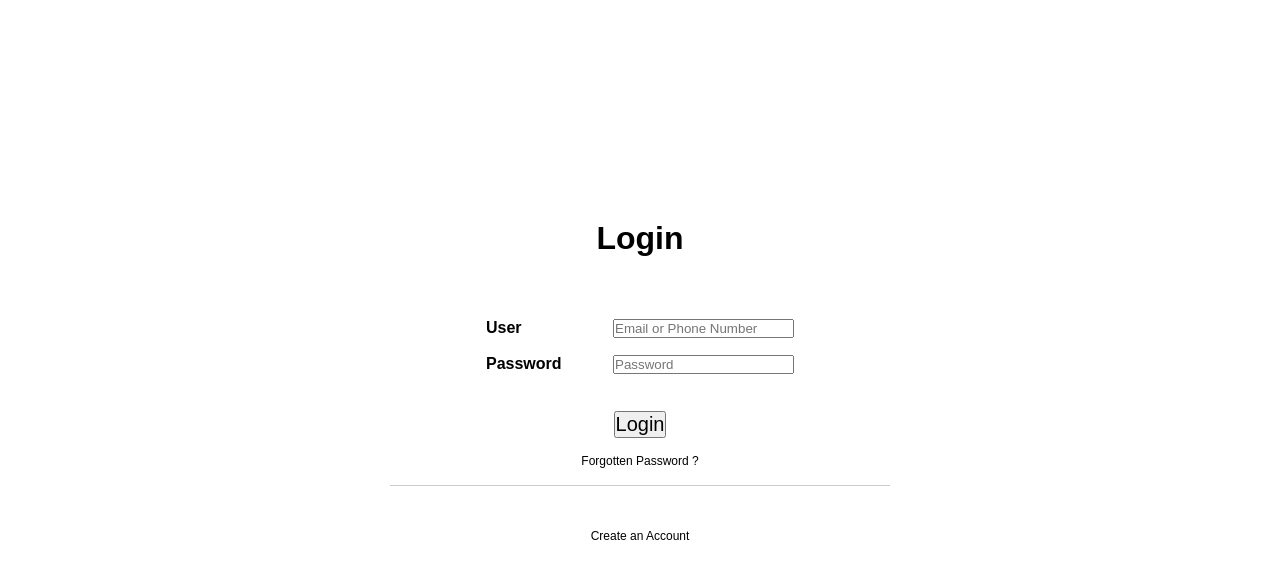
Repository: Naohonproject/web101x02_asm1
Page: login.html
The author's editor kept a copy of each file at every save. The page is drawn from the files as they stood at one save, then again after the next save.
The browser window is 1280 px wide. The pictures show the whole page.

Above is the page before, as saved 2022-01-15 23:59:02.

### login.html
<!-- @format -->

<!DOCTYPE html>
<html lang="en">
	<head>
		<meta charset="UTF-8" />
		<meta http-equiv="X-UA-Compatible" content="IE=edge" />
		<meta name="viewport" content="width=device-width, initial-scale=1.0" />

		<link rel="stylesheet" href="./assets/css/style.css" />
		<link rel="stylesheet" href="./assets/css/responsive.css" />
		<title>login</title>
	</head>
	<body>
		<form class="form" id="form-login" action="" method="">
			<div class="form-wrapper">
				<div class="logo">
					<h1>Login</h1>
				</div>
				<div class="input">
					<div class="user-input">
						<label for="user-id"><strong>User</strong></label>
						<input
							type="text"
							id="user-id"
							required
							placeholder="Email or Phone Number"
						/>
					</div>

					<div class="user-input">
						<label for="user-pass"><strong>Password</strong></label>
						<input type="text" id="user-pass" required placeholder="Password" />
					</div>
					<div class="clear"></div>
				</div>
				<div class="btn-block">
					<div class="btn">
						<button type="button">Login</button>
					</div>

					<div class="forgotten">
						<a href="">Forgotten Password ?</a>
					</div>
					<div class="Create-acc">
						<a href="Signup.html" target="_blank">Create an Account</a>
					</div>
				</div>
			</div>
		</form>
	</body>
</html>

### assets/css/style.css
/** @format */

/* common */

/* reset css */
* {
	box-sizing: border-box;
	padding: 0;
	margin: 0;
	text-decoration: none;
	color: #000;
}

/* row style */

/* collumn style */

/* Set text lineweight to Bold */
.bold-text {
	font-weight: 640;
}
.white-text {
	color: #fff !important;
}

.pull-left {
	float: left !important;
}

.pull-right {
	float: right !important;
}

.box-padding {
	padding: 40px 56px 30px;
}

.clear {
	clear: both;
}

/* specific */

html {
	font-family: Arial, Helvetica, sans-serif;
}

body {
	padding: 0 32px;
}
/* start styling header */
#header {
	height: 56px;
	width: 100%;
	background-color: #fff;
	background-clip: border-box;
	color: #000;
	font-size: 16px;
	text-transform: uppercase;
	font-weight: 500;
	position: fixed;
	top: 0;
	left: 0;
	z-index: 1;
	padding: 0 32px;
}

.header-wrapper {
	height: 100%;
	padding: 0 64px;
}

#header li:hover {
	background-color: #282830;
	cursor: pointer;
}
#header li:hover a {
	color: #fff;
}

#header li {
	display: inline-block;
	margin-left: 16px;
	line-height: 56px;
	padding: 0 16px;
}
/* end styling header */

/* start styling banner */
#banner {
	width: 100%;
	margin-top: 56px;
	padding-top: 39.123607%;
	background: url(../img/banner/banner.png) top center / cover no-repeat;
	background-origin: border-box;
	position: relative;
	top: 0;
	left: 0;
}

.banner-text-content {
	position: absolute;
	top: 160px;
	left: 56px;
}

#banner .content-heading,
.content-desc {
	font-family: "Times New Roman", Times, serif;
}

#banner .content-heading {
	font-size: 28px;
}

#banner .content-desc {
	font-size: 24px;
}
/* end styling banner */

/* start styling content */
#content {
	background-color: #e7e7e7;
	width: 100%;
	background-clip: border-box;
}

#content .content-heading h2,
p {
	padding: 4px 0;
}

#content .content-heading {
	margin-bottom: 20px;
}
#content img {
	display: block;
	width: 100%;
}

#content .image-block {
	float: left;
	width: calc(100% / 3);
	padding: 0 16px;
}

#content .content-images-table {
	margin-left: -16px;
	margin-right: -16px;
}

.image-block .first-img {
	margin-bottom: 40px;
}
/* end styling content */

/* start styling footer */
#footer {
	background-color: #ccc;
}

#footer .footer-block {
	float: left;
	max-width: calc(100% / 3);
	padding: 0 16px;
}

#footer .footer-wrapper {
	padding-bottom: 56px;
}

#footer h3,
p,
a {
	padding: 12px 0px;
}

#footer p {
	line-height: 24px;
}
#footer a {
	color: #1dabb8;
}
/* end styling footer */

/* start styling login.html */

.form-wrapper {
	width: 500px;
	margin: 0 auto;
	text-align: center;
	position: relative;
	top: 200px;
}

.form .logo {
	padding: 20px 40px;
	margin-bottom: 16px;
}
.form .input {
	padding: 8px 24px;
	margin-bottom: 24px;
}

.form .user-input {
	padding: 18px 72px;
}

.form .user-input label {
	display: inline-block;
	float: left;
}

.form .user-input input {
	display: inline-block;
	float: right;
}

.btn-block .btn {
	padding: 5px 0;
	margin-bottom: 8px;
}

.btn-block .btn button {
	font-size: 20px;
}

.btn-block a {
	font-size: 12px;
}

.btn-block .forgotten {
	margin-bottom: 40px;
	border-bottom: 1px solid #ccc;
	padding-bottom: 16px;
}

.btn-block .Create-acc {
	background-color: ##92f22a;
}
.clear {
	clear: both;
}

Loaded but not shown: assets/css/responsive.css (no stored copy; drawn as an empty file)

After the next save:
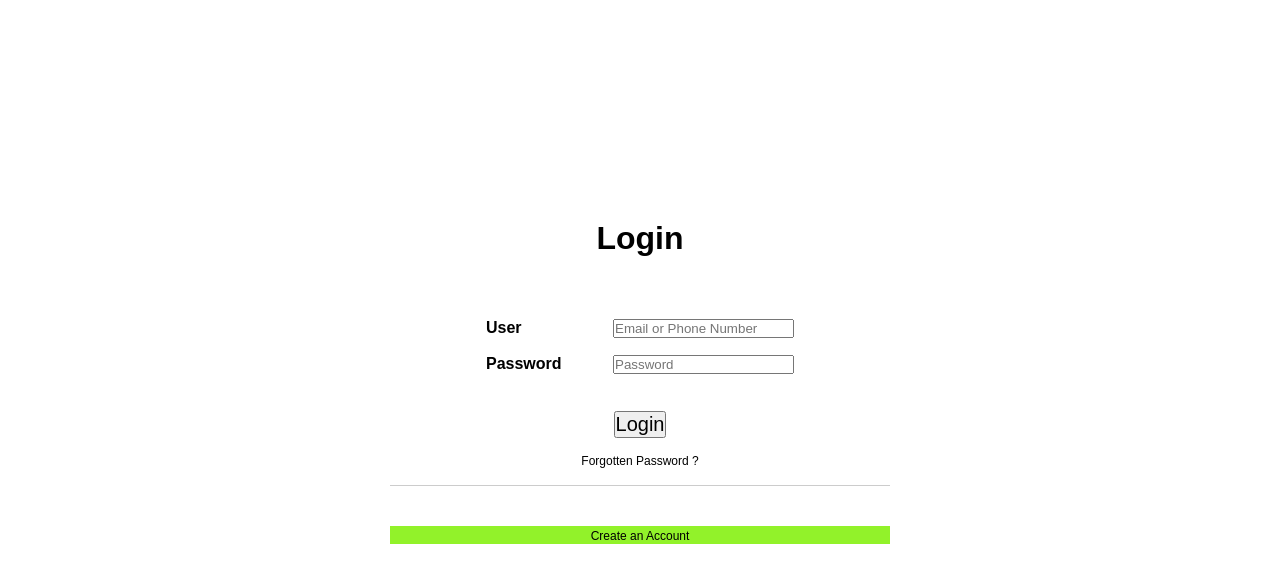
Saved 6 s later.
--- a/assets/css/style.css
+++ b/assets/css/style.css
@@ -236,7 +236,7 @@ a {
 }
 
 .btn-block .Create-acc {
-	background-color: ##92f22a;
+	background-color: #92f22a;
 }
 .clear {
 	clear: both;
